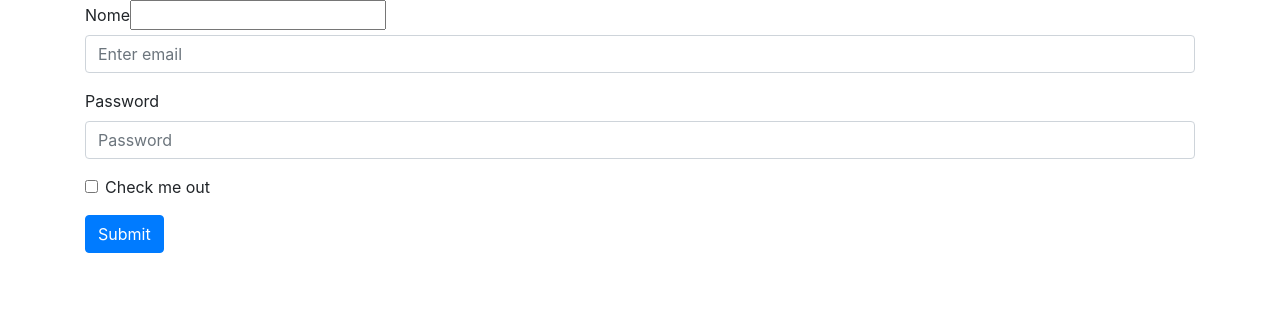
Repository: wellersonfc/simple-crud-react
Page: /
An editor plug-in stored every save of this project. The page is shown before and after the next save, followed by the edit.
The browser window is 1280 px wide. The pictures show the whole page.
The project was rebuilt for these pictures with package versions that can differ from the ones it lists, and the page was loaded fresh each time.

Above is the page before, as saved 2019-09-22 15:23:23.

### src/App.js
import React from 'react';
import logo from './logo.svg';
import 'bootstrap/dist/css/bootstrap.min.css';
function App() {
  return (
    <div className="App">
      <div className="container">
        <div className="form-autor">
          <form>
            <div class="form-group">
              <label for="exampleInputEmail1">Nome</label>
              <input id="nome" type="text" name="nome" value=""/>
              <input type="email" class="form-control" id="exampleInputEmail1" aria-describedby="emailHelp" placeholder="Enter email"/>
            </div>
            <div class="form-group">
              <label for="exampleInputPassword1">Password</label>
              <input type="password" class="form-control" id="exampleInputPassword1" placeholder="Password"/>
            </div>
            <div class="form-group form-check">
              <input type="checkbox" class="form-check-input" id="exampleCheck1"/>
              <label class="form-check-label" for="exampleCheck1">Check me out</label>
            </div>
            <button type="submit" class="btn btn-primary">Submit</button>
        </form>
        </div>
      </div>
    </div>
  );
}

export default App;

Loaded but not shown: public/index.html (common file); src/index.js (common file); src/index.css (common file); src/serviceWorker.js (common file)

After the next save:
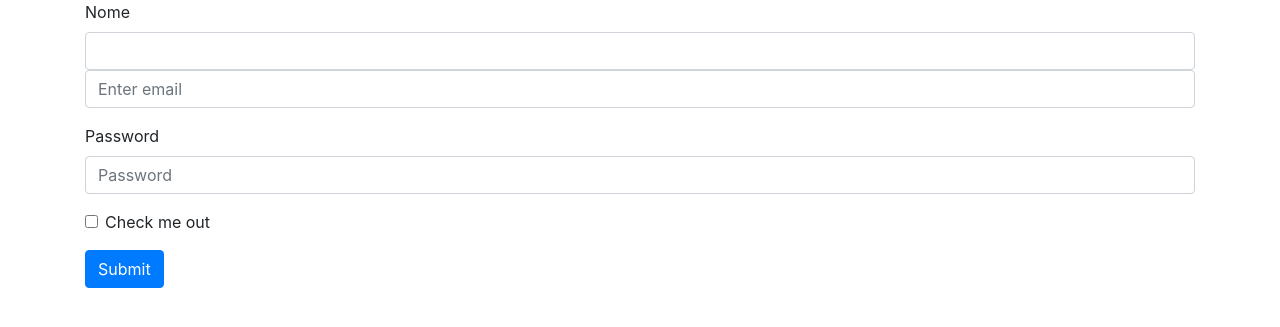
Saved 15 s later.
--- a/src/App.js
+++ b/src/App.js
@@ -9,7 +9,7 @@ function App() {
           <form>
             <div class="form-group">
               <label for="exampleInputEmail1">Nome</label>
-              <input id="nome" type="text" name="nome" value=""/>
+              <input id="nome" class="form-control" type="text" name="nome" value=""/>
               <input type="email" class="form-control" id="exampleInputEmail1" aria-describedby="emailHelp" placeholder="Enter email"/>
             </div>
             <div class="form-group">
